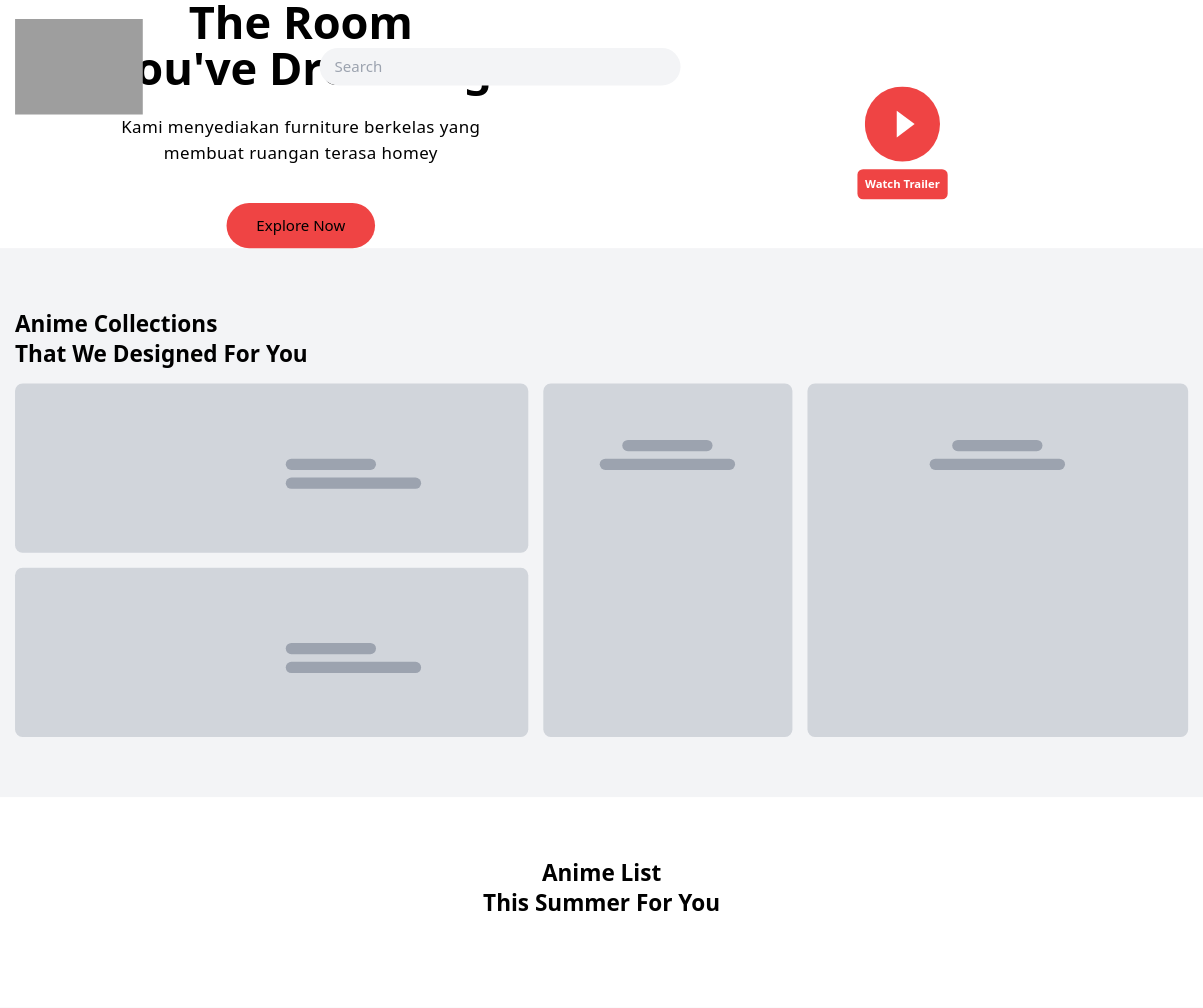
Repository: farrelmuhammad/anime-collections
Page: /
An editor plug-in stored every save of this project. The page is shown before and after the next save, followed by the edit.
The browser window is 1280 px wide. The pictures show the whole page, at 94% of full size.
Pictures or frames that could not be fetched are drawn as grey boxes. The page's requests for data from a server got no answer. The project was rebuilt for these pictures with package versions that can differ from the ones it lists, and the page was loaded fresh each time. No one was signed in, and anything a server would have sent is missing. Also part of the build but not shown: src/App.css.

Above is the page before, as saved 2023-08-04 00:37:00.

After the next save:
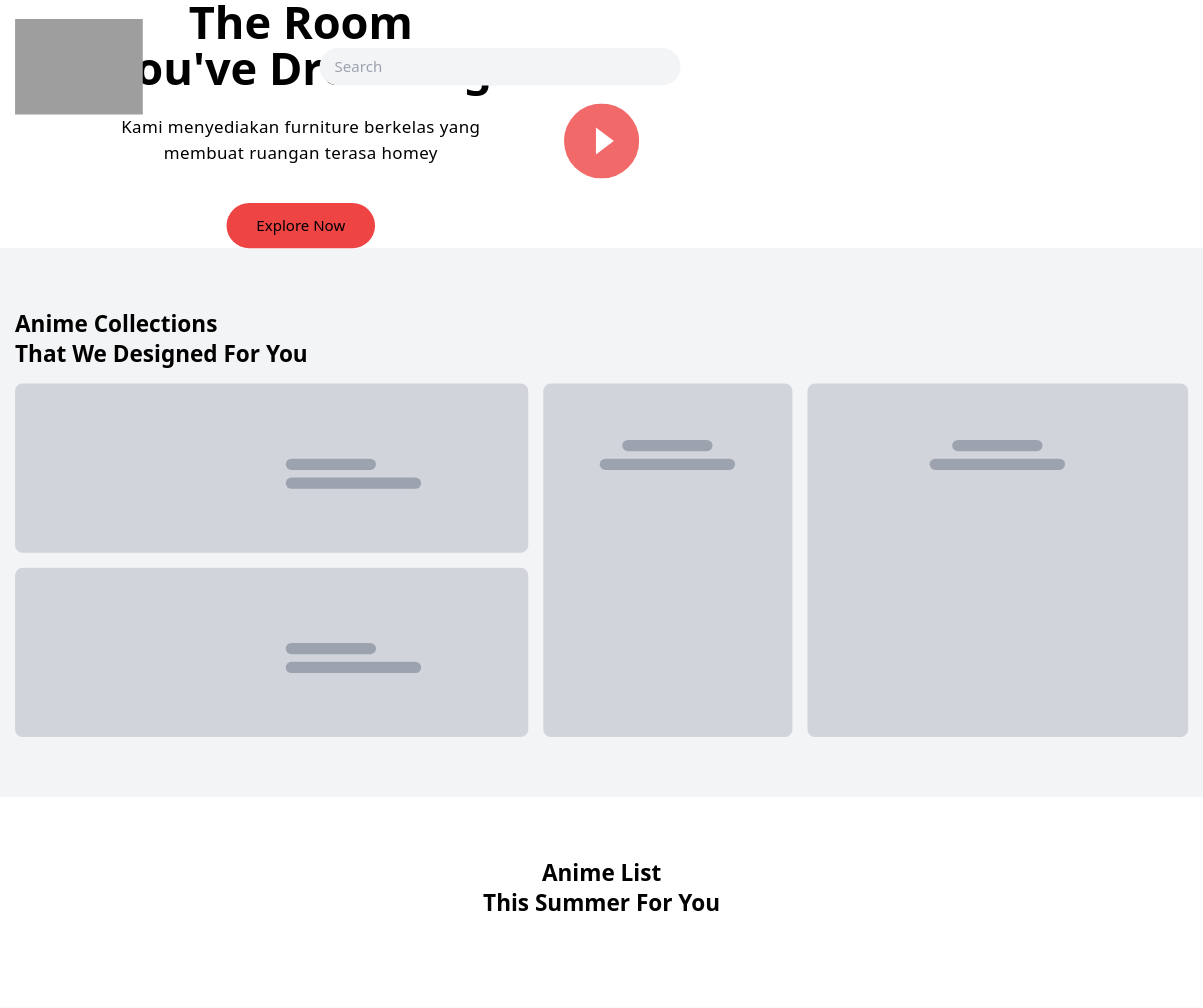
Saved 53 s later.
--- a/src/assets/css/app.css
+++ b/src/assets/css/app.css
@@ -47,20 +47,32 @@
 }
 
 .overlay .video {
+  @apply relative;
+}
+
+.overlay .video::before {
   @apply absolute transform bg-red-500 bg-no-repeat bg-center w-20 h-20 rounded-full items-center justify-center flex -translate-x-1/2 -translate-y-1/2;
   content: '';
   top: 50%;
   left: 50%;
   transform: translate(-50%, -50%);
   background-image: url("data:[embedded picture, 193 characters]");
+  opacity: 0.8; /* Set the initial opacity to make it slightly transparent */
+  transition: opacity 0.2s ease; /* Add transition for smooth hover effect */
 }
 
-.overlay .video::after {
-  @apply absolute bg-red-500 p-2 text-white text-xs font-semibold rounded-md whitespace-nowrap;
-  content: "Watch Trailer";
-  top: 110%;
-  left: 50%;
-  transform: translateX(-50%);
+.overlay .video:hover::before {
+  opacity: 1; /* Set the opacity to 1 on hover to make it fully visible */
+  cursor: pointer; /* Set cursor to pointer on hover to indicate interactivity */
+}
+
+.overlay .watch-trailer {
+  @apply absolute bottom-0 left-1/2 transform -translate-x-1/2 -mb-6 bg-white px-4 py-2 rounded-lg text-black;
+  display: none; /* Hide the "Watch Trailer" text by default */
+}
+
+.overlay .video:hover + .watch-trailer {
+  display: block; /* Show the "Watch Trailer" text on hover */
 }
 
 
